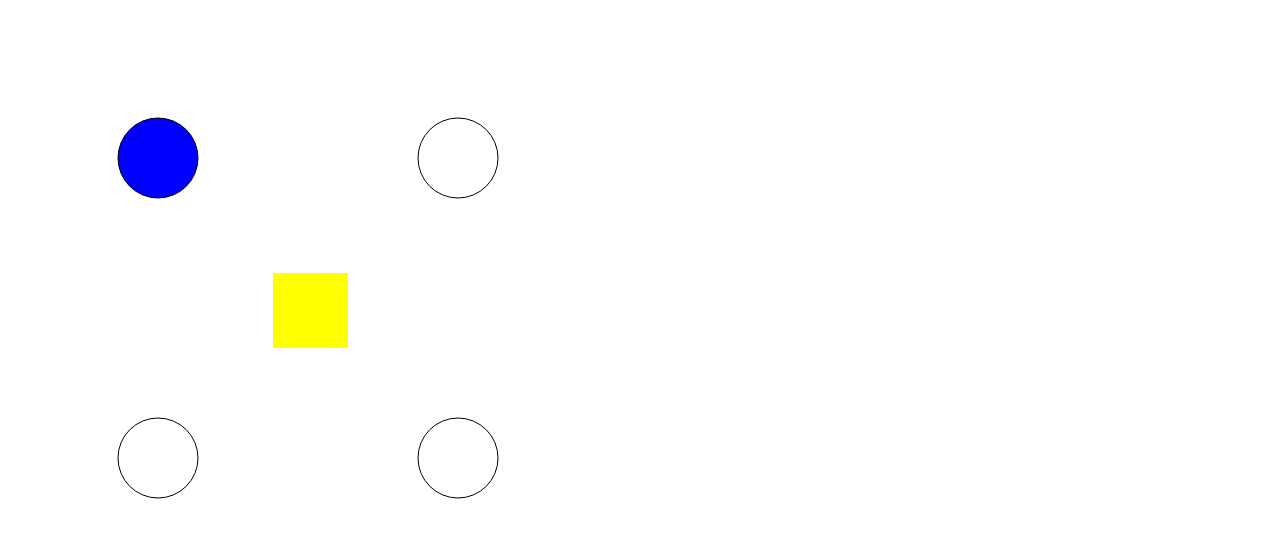
Repository: facio313/Python
Page: HELLO_PYTHON/day17/templates/canvas.html
An editor plug-in stored every save of this project. The page is shown before and after the next save, followed by the edit.
The browser window is 1280 px wide. The pictures show the whole page.

Above is the page before, as saved 2022-12-15 10:44:51.

### HELLO_PYTHON/day17/templates/canvas.html
<!DOCTYPE html>
<html>
<head>
<meta charset="UTF-8">
<title>Insert title here</title>
</head>
<body onload="loader()">
<script>
function loader(){
	var canvas = document.getElementById( "canvas" );   // canvas 객체
	var ctx = canvas.getContext( "2d" );      // 2d canvas 획득

	ctx.beginPath();
	ctx.arc(150, 150, 40, 0, Math.PI*2, false );
	ctx.fillStyle = "blue";
	ctx.fill();
	ctx.stroke();

	ctx.beginPath();
	ctx.arc(450, 150, 40, 0, Math.PI*2, false );
	ctx.stroke();

	ctx.beginPath();
	ctx.arc(450, 450, 40, 0, Math.PI*2, false );
	ctx.stroke();

	ctx.beginPath();
	ctx.arc(150, 450, 40, 0, Math.PI*2, false );
	ctx.stroke();

	ctx.fillStyle = "rgba(255, 255, 0, 1)";
	ctx.fillRect (265, 265, 75, 75);
}
</script>

 <canvas id="canvas" width="600" height="500"/>

</body>
</html>

After the next save:
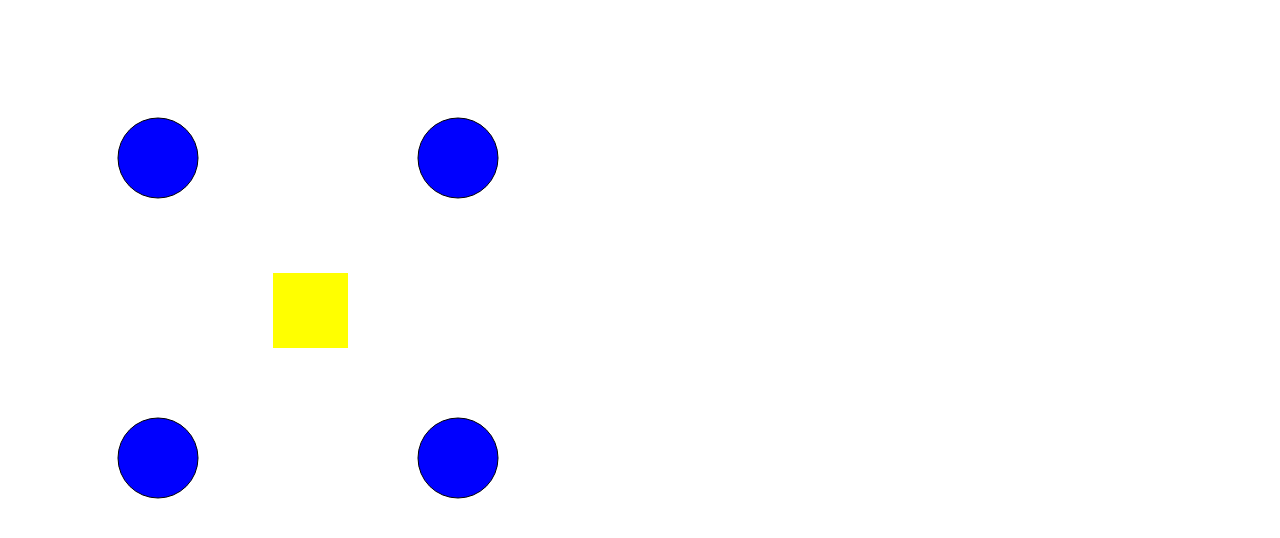
Saved 2 min 58 s later.
--- a/HELLO_PYTHON/day17/templates/canvas.html
+++ b/HELLO_PYTHON/day17/templates/canvas.html
@@ -18,14 +18,20 @@ function loader(){
 
 	ctx.beginPath();
 	ctx.arc(450, 150, 40, 0, Math.PI*2, false );
+	ctx.fillStyle = "blue";
+	ctx.fill();
 	ctx.stroke();
 
 	ctx.beginPath();
 	ctx.arc(450, 450, 40, 0, Math.PI*2, false );
+	ctx.fillStyle = "blue";
+	ctx.fill();
 	ctx.stroke();
 
 	ctx.beginPath();
 	ctx.arc(150, 450, 40, 0, Math.PI*2, false );
+	ctx.fillStyle = "blue";
+	ctx.fill();
 	ctx.stroke();
 
 	ctx.fillStyle = "rgba(255, 255, 0, 1)";
